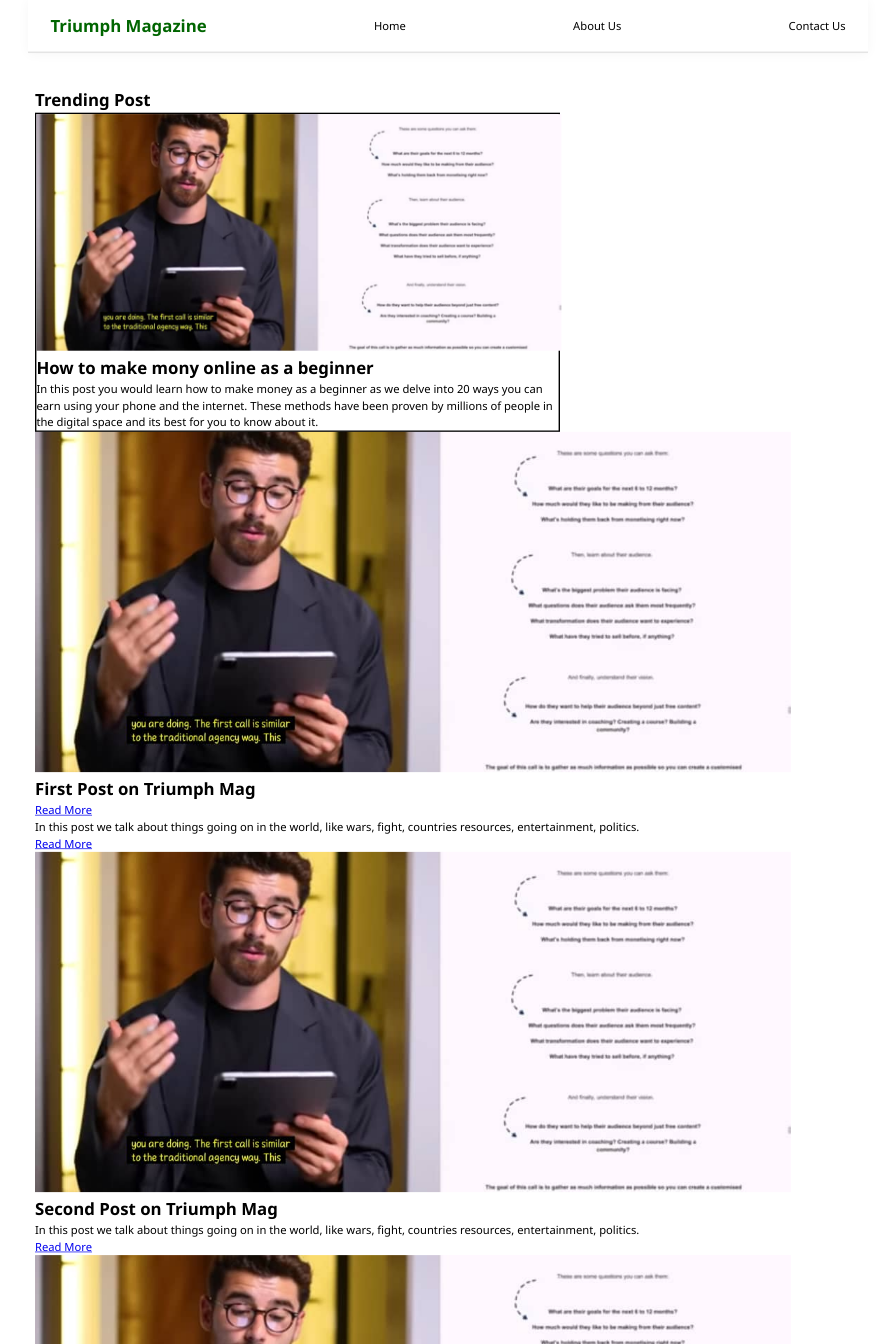
Repository: zikcolle/Triumph-Blog
Page: index.html
An editor plug-in stored every save of this project. The page is shown before and after the next save, followed by the edit.
The browser window is 1280 px wide. The pictures show the part of the page from y = 0 to 1920 px (the page is 4795 px tall before and 4772 px after), at 70% of full size.

Above is the page before, as saved 2026-06-20 15:36:15.

### index.html
<!DOCTYPE html>
<html lang="en">

<head>
    <meta charset="UTF-8">
    <meta name="viewport" content="width=device-width, initial-scale=1.0">
    <title>Triumph Magazine</title>
    <link rel="stylesheet" href="styles.css">
</head>

<body>
    <header>
        <h2>Triumph Magazine</h2>
            <a href="#">Home</a></li>
            <a href="/about-us">About Us</a>
            <a href="/contact-us">Contact Us</a>
    </header>

    <main>
        <section>
            <div>
                <h2 class="label-post">Trending Post</h2>
            </div>
            <div class="feat-post">
                <img src="simage\postiman.jpeg">
                <h1>How to make mony online as a beginner</h1>
                <p>In this post you would learn how to make money as a beginner as we delve into 20 ways you can earn
                    using your phone and the internet. These methods have been proven by millions of people in the
                    digital space and its best for you to know about it.</p>
            </div>
        </section>

        <section class="post-grid">
            <div class="blog-post">
                <img src="simage\postiman.jpeg">
                <h1>First Post on Triumph Mag</h1><a href="#" class="read-more">Read More</a>
                <p>In this post we talk about things going on in the world, like wars, fight, countries resources,
                    entertainment, politics.</p>
                <a href="#" class="read-more">Read More</a>
            </div>

            <div class="blog-post">
                <img src="simage\postiman.jpeg">
                <h1>Second Post on Triumph Mag</h1>
                <p>In this post we talk about things going on in the world, like wars, fight, countries resources,
                    entertainment, politics.</p>
                <a href="#" class="read-more">Read More</a>
            </div>

            <div class="blog-post">
                <img src="simage\postiman.jpeg">
                <h1>Third Post on Triumph Mag</h1>
                <p>In this post we talk about things going on in the world, like wars, fight, countries resources,
                    entertainment, politics.</p>
                <a href="#" class="read-more">Read More</a>
            </div>

            <div class="blog-post">
                <img src="simage\postiman.jpeg">
                <h1>Fourth Post on Triumph Mag</h1>
                <p>In this post we talk about things going on in the world, like wars, fight, countries resources,
                    entertainment, politics.</p>
                <a href="#" class="read-more">Read More</a>
            </div>

            <div class="blog-post">
                <img src="simage\postiman.jpeg">
                <h1>Fifth Post on Triumph Mag</h1>
                <p>In this post we talk about things going on in the world, like wars, fight, countries resources,
                    entertainment, politics.</p>
                <a href="#" class="read-more">Read More</a>
            </div>

            <div class="blog-post">
                <img src="simage\postiman.jpeg">
                <h1>Sixth Post on Triumph Mag</h1>
                <p>In this post we talk about things going on in the world, like wars, fight, countries resources,
                    entertainment, politics.</p>
                <a href="#" class="read-more">Read More</a>
            </div>

            <div><a href="/blog">View More Posts</a></div>
        </section>

        <section>
            <h2>Related Posts</h2>

            <div class="blog-post">
                <img src="simage\postiman.jpeg">
                <h1><a href="/blog">Sixth Post on Triumph Mag</a></h1>
            </div>
        </section>
    </main>

    <footer>
        <h2>Triumph Magazine</h2>
        <p>© 2026 Triumph Magazine. All rights reserved.</p>
    </footer>

</body>

</html>

### styles.css
* {
    margin: 0;
    box-sizing: border-box;
    scroll-behavior: smooth;
}

body {
    background-color: rgb(255, 255, 255);
    color: rgb(0, 0, 0);
    font-family:'Segoe UI', Tahoma, Geneva, Verdana, sans-serif;
    line-height: 1.5;
}

header {
    position: sticky;
    display: flex;
    justify-content: space-between;
    align-items: center;
    margin: 0 auto;
    max-width: 1200px;
    background-color: rgba(255,255,255,0.92);
    border-bottom: 1px solid rgba(0, 0, 0, 0.213);
    backdrop-filter: blur(20px) saturate(180%);
    -webkit-backdrop-filter: blur(20px) saturate(180%);
    box-shadow: 0 1px 0 rgba(0,0,0,0.04), 0 2px 16px rgba(0,0,0,0.04);
    padding: 1.2rem 2rem;
    top: 0;
    z-index: 100;
    color: rgb(0, 101, 0);
}

header a {
    text-decoration: none;
    color: rgb(0, 0, 0);
}

header a:hover {
    text-decoration: none;
    color: rgb(0, 101, 0);
    text-decoration: underline;
}

main {
    padding: 50px;
}
.feat-post {
    background-color: rgb(255, 255, 255);
    border: 2px solid rgb(0, 0, 0);
    max-width: 750px;
}

.feat-post img {
    max-width: 750px;
}

After the next save:
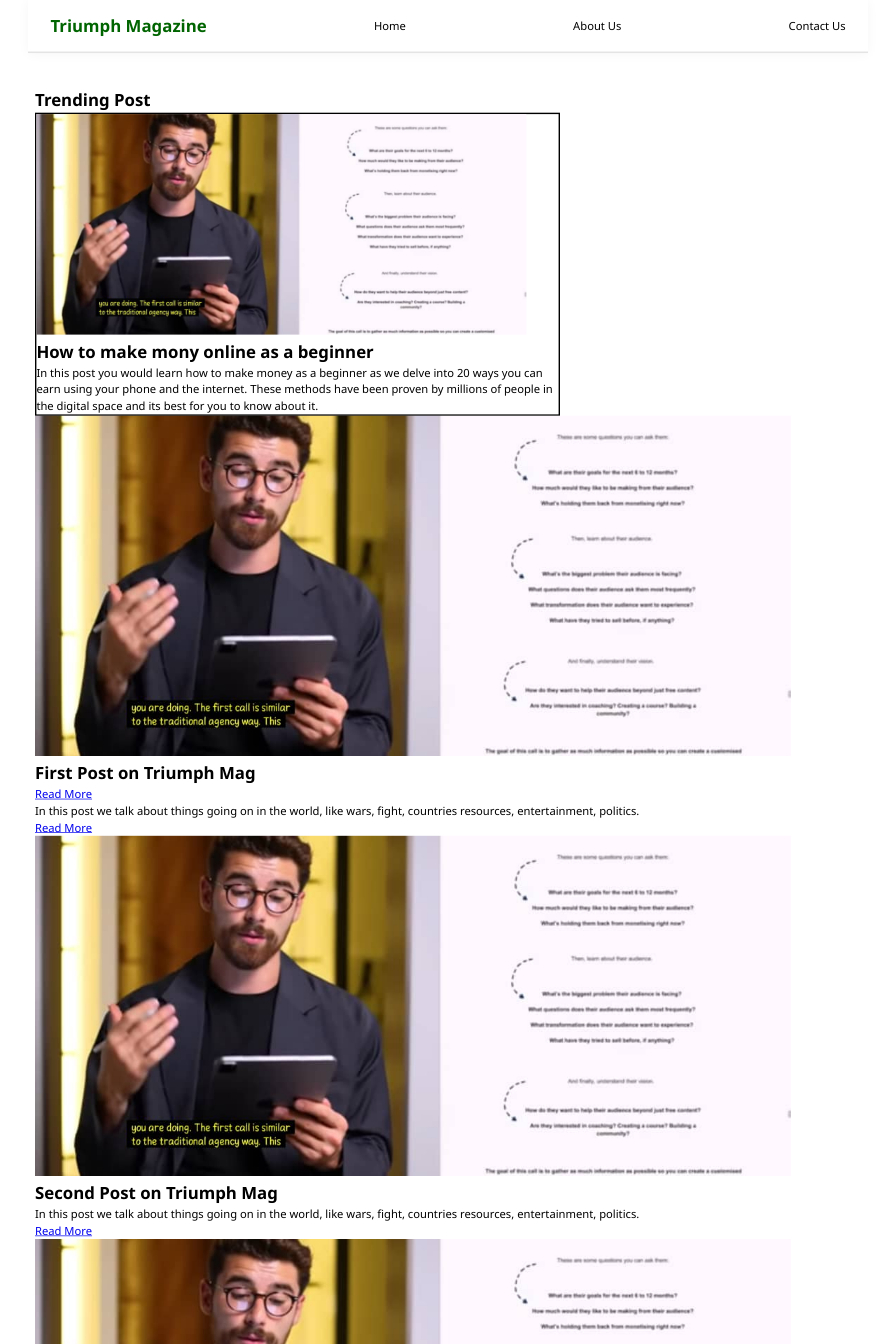
Saved 40 s later.
--- a/styles.css
+++ b/styles.css
@@ -50,5 +50,5 @@ main {
 }
 
 .feat-post img {
-    max-width: 750px;
+    max-width: 700px;
 }
